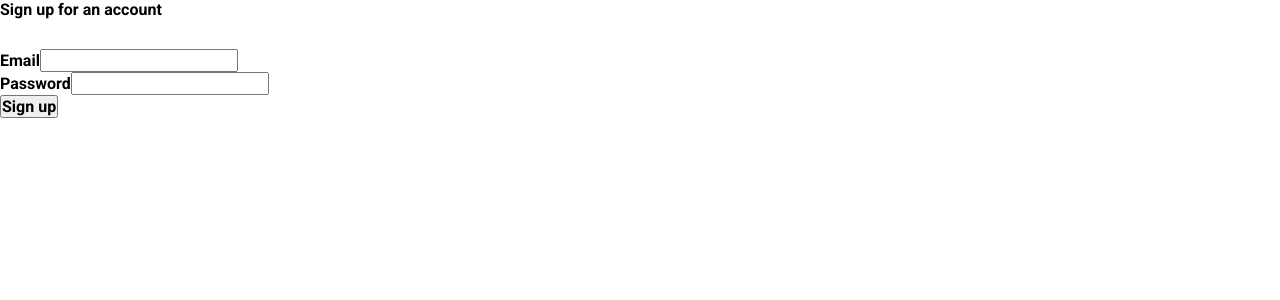
Repository: TimurZinatulin/Web_Shishki_1
Page: /register
The author's editor kept a copy of each file at every save. The page is drawn from the files as they stood at one save, then again after the next save.
The browser window is 1280 px wide. The pictures show the whole page.
The project was rebuilt for these pictures with package versions that can differ from the ones it lists, and the page was loaded fresh each time. Also part of the build but not shown: vite.config.js, vue.config.js, src/components/SignIn.vue, src/components/HelloWorld.vue, src/views/MainView.vue, src/views/HomeView.vue, src/views/EditView.vue, src/views/FavoriteView.vue and 4 more.

Above is the page before, as saved 2023-06-10 16:25:47.
Console error: TypeError: Cannot read properties of null (reading 'user')

### src/main.js
import { createApp } from 'vue'
//import './style.css'
import App from './App.vue'
import router from './router'
import store from './store.js'

createApp(App).use(store).use(router).mount('#app')

### src/App.vue
<template>
  <!-- Проверка доступности пользователя в хранилище; при недоступности - показываем компонент авторизации-->
  <RegisterView v-if="!store.state.user" />
  <!-- Если пользователь доступен, показываем компонент Hello World -->
  <EmptyLayout v-else msg="Hello Vue 3 + Vite" />
</template>

<script>
import Auth from './components/Auth.vue';
import HelloWorld from './components/HelloWorld.vue';
import HeaderComp from './components/HeaderComp.vue';
import EmptyLayout from './layouts/EmptyLayout.vue';
import MainLayout from './layouts/MainLayout.vue';
import ExtraLayout from './layouts/ExtraLayout.vue';
import RegisterView from './views/RegisterView.vue';

import store from "./store.js";
import { supabase } from "./supabase";

export default {
  computed: {
    layout() {
      return this.$route.meta.layout + '-layout';
    }
  },
  components: {
    HelloWorld, Auth, HeaderComp, EmptyLayout, MainLayout, ExtraLayout, RegisterView
  },
  setup() {
    // сначала проверяем, вошел ли пользователь в систему с помощью Supabase
    store.state.user = supabase.auth.user;
    // затем настраиваем слушатель для обновления хранилища, если меняется пользователь - выходит из системы или входит
    supabase.auth.onAuthStateChange((event, session) => {
      if (event == "SIGNED_OUT") {
        store.state.user = null;
      } else {
        store.state.user = session.user;
      }
    });

    return {
      store,
    };
  },
};
</script>

<style>
@import '@/templates/main_page.css';
</style>

### src/router/index.js
import { createRouter, createWebHistory } from 'vue-router'
import HomeView from '../views/HomeView.vue'
import MainView from '../views/MainView.vue'
import EditView from '../views/EditView.vue'
import FavoriteView from '../views/FavoriteView.vue'
import MyProjectsView from '../views/MyProjectsView.vue'
import LoginView from '../views/LoginView.vue'
import RegisterView from '../views/RegisterView.vue'
import CreateProjectView from '../views/CreateProjectView.vue'
import ProjectView from '../views/ProjectView.vue'


const routes = [
  {
    path: '/',
    name: 'home',
    component: HomeView
  },
  {
    path: '/main',
    name: 'main',
    meta: {layout: 'main'},
    component: MainView
  },
  {
    path: '/edit',
    name: 'edit',
    meta: {layout: 'extra'},
    component: EditView
  },
  {
    path: '/favs',
    name: 'favs',
    meta: {layout: 'extra'},
    component: FavoriteView
  },
  {
    path: '/my_projects',
    name: 'my',
    meta: {layout: 'extra'},
    component: MyProjectsView
  },
  {
    path: '/login',
    name: 'login',
    meta: {layout: 'empty'},
    component: LoginView
  },
  {
    path: '/register',
    name: 'register',
    meta: {layout: 'empty'},
    component: RegisterView
  },
  {
    path: '/create_project',
    name: 'create_project',
    meta: {layout: 'extra'},
    component: CreateProjectView
  },
  {
    path: '/project',
    name: 'project',
    meta: {layout: 'extra'},
    component: ProjectView
  },
  {
    path: '/profile',
    name: 'profile',
    meta: {layout: 'extra'},
    component: () => import('../views/ProfileView.vue')
  }
]

const router = createRouter({
  history: createWebHistory(import.meta.env.BASE_URL),
  routes
})

export default router

### src/store.js
import { reactive } from "vue";

const store = {
    state: reactive({
        user: {},
    }),
};

export default store

### src/templates/main_page.css
* {
  margin: 0 auto;
  padding: 0;
  box-sizing: border-box;
  font-size: 16px;
  font-family: 'Roboto', sans-serif;
  user-select: none;
}

#head-cont{
  max-width: 900px;
  width: 100%;
}

#article{
  width: 1500px;
  position: relative;
}

#header{
  width: 100%;
  height: 80px;
  margin: 0 auto;
  background-color: rgba(151, 71, 255, 1);
  margin-bottom: 15px;
  overflow: hidden;
}

.input{
  width: 500px;
  height: 50px;
  padding: 6px 0 4px 10px;
  border: none;
  background: rgba(206, 168, 255, 1);
  bottom: 20px;
  left: -255px;
  position: relative;
  font-size: 25px;
  padding-left: 25px;
  outline: none;
}

.input::-webkit-input-placeholder {
  color: white;
}

.input::-moz-placeholder {
  color: white;
}

.input1{
  box-sizing: border-box;
  display: flex;
  flex-direction: row;
  align-items: center;
  padding: 11px 10px;
  gap: 10px;
  width: 330px;
  height: 40px;
  border: 2px solid #3D008C;
  flex: none;
  order: 1;
  align-self: stretch;
  flex-grow: 0;
  position: relative;
  top: -20px;
  margin-bottom: 20px;
  outline: none;
}

#logo{
  position: relative;
  top: 5px;
}

#logo2{
  position: relative;
  width: 800px;
  height: 670px;
  left: 385px;
  bottom: 340px;
}

ul {
  list-style: none;
  margin: 0;
  padding-left: 0;
  position: relative;
  left: 710px;
  top: -55px;
}

a {
  text-decoration: none;
  color: white;
}

.link1 {
  display: flex;
  flex-direction: row;
  justify-content: center;
  align-items: center;
  padding: 10px;
  background: #9747FF;
  flex: none;
  order: 0;
  flex-grow: 0;
  left: -275px;
  top: 220px;
  font-family: 'Roboto';
  font-style: normal;
  font-weight: 400;
  font-size: 16px;
}

.link1:hover{
  animation: ch-color-2 0.5s forwards;
}

.link {
  background: none;
  border: 2px solid white;
  color: white;
  padding: 15px 25px;
  animation: ch-color-1 0.5s forwards;
}

.link:hover{
  animation: ch-color-2 0.5s forwards;
}

@keyframes ch-color-1 {
  from {
    background-color: white;
    color: rgba(151, 71, 255, 1);
  }
  to {
    background-color: rgba(151, 71, 255, 1);
    color: white;
  }
}

@keyframes ch-color-2 {
  from {
    background-color: rgba(151, 71, 255, 1);
    color: white;
  }
  to {
    background-color: white;
    color: rgba(151, 71, 255, 1);
  }
}

li {
  display: inline;
  margin-right: 60px;
}

#h1 {
  font-size: 90px;
  position: relative;
  top: 100px;
  left: -450px;
  color: rgba(61, 0, 140, 1);
  width: 500px;
}

p{
  position: relative;
  color: rgba(61, 0, 140, 1);
  left: -445px;
  top: 100px;
  font-size: 32px;
  font-family: 'Roboto';
  font-style: normal;
  font-weight: 500;
  line-height: 38px;
  width: 500px;
}

.btn{
  position: relative;
  bottom: 500px;
  left: 55px;
  background: linear-gradient(rgba(255, 104, 86, 1), rgba(151, 71, 255, 1));
  color: white;
  font-size: 32px;
  font-style: normal;
  font-weight: 700;
  border: 3px solid linear-gradient(rgba(255, 104, 86, 1), rgba(151, 71, 255, 1));
  width: 315px;
  height: 90px;
  padding: 26px 37px;
}

#h2{
  position: absolute;
  top: 740px;
  left: 510px;
  color: rgba(61, 0, 140, 1);
  font-size: 48px;
}

#projects{
  display: flex;
  flex-direction: column;
  justify-content: center;
  align-items: center;
  align-self: center;
  padding: 30px 90px;
  gap: 30px;
  position: relative;
  width: 1529px;
  height: 800px;
  background: linear-gradient(180deg, #3D008C 0%, #14002F 100%);
  flex: none;
  order: 3;
  flex-grow: 0;
  margin-top: -200px;
}

#content{
  display: flex;
  flex-direction: row;
  justify-content: center;
  align-items: center;
  padding: 30px 90px;
  gap: 90px;
  width: 1420px;
  height: 240px;
  flex: none;
  order: 0;
  flex-grow: 0;
}

.block{
  display: flex;
  flex-direction: column;
  align-items: center;
  padding: 10px;
  gap: 10px;
  position: absolute;
  width: 359px;
  height: 470px;
  background: linear-gradient(148.66deg, #FF6856 0%, #6F00FF 100%);
  border-radius: 30px;
  top: 70px;
}

.pic{
  position: relative;
  top: 20px;
  width: 340px;
  height: 310px;
  border-radius: 20px;
}

h3{
  color: white;
  font-size: 32px;
  position: relative;
  top: 10px;
}

.text{
  color: white;
  position: relative;
  top: 20px;
  text-align: center;
}

.like{
  display: flex;
  flex-direction: row;
  justify-content: center;
  align-items: center;
  padding: 10px 15px;
  gap: 10px;
  position: absolute;
  width: 117px;
  height: 38px;
  left: 20.5px;
  top: 100px;
  background: #FF6856;
  border-radius: 30px;
  color: white;
  overflow-y: hidden;
}

.pic2{
  width: 22px;
  height: 22px;
  transform: matrix(-1, 0, 0, 1, 0, 0);
  flex: none;
  order: 0;
  flex-grow: 0;
}

textarea{
  box-sizing: border-box;
  display: flex;
  width: 330px;
  height: 100px;
  gap: 10px;
  border: 2px solid #3D008C;
  flex: none;
  order: 1;
  flex-grow: 0;
  position: relative;
  top: 100px;
  resize: none;
}

#photo{
  width: 100px;
  height: 100px;
  border: 3px solid #3D008C;
  flex: none;
  order: 0;
  flex-grow: 0;
  border-radius: 100%;
  position: relative;
}

#photo1{
  width: 340px;
  height: 340px;
  border: 3px solid #9747FF;
  border-radius: 30px;
  flex: none;
  order: 0;
  flex-grow: 0;
}

#chphoto{
  display: flex;
  flex-direction: row;
  justify-content: center;
  align-items: center;
  padding: 10px 0px;
  gap: 26px;
  width: 331px;
  height: 120px;
  flex: none;
  order: 1;
  flex-grow: 0;
  position: relative;
  top: -535px;
}

#p{
  font-family: 'Roboto';
  font-style: normal;
  font-weight: 600;
  font-size: 14px;
  line-height: 16px;
  display: flex;
  align-items: center;
  color: #FFFFFF;
  position: relative;
  top: -50px;
  left: 135px;
}

#p1{
  font-family: 'Roboto';
  font-style: normal;
  font-weight: 600;
  font-size: 14px;
  line-height: 16px;
  display: flex;
  align-items: center;
  color: #FFFFFF;
  position: relative;
  top: -100px;
  left: 135px;
}

#p2{
  font-family: 'Roboto';
  font-style: normal;
  font-weight: 600;
  font-size: 16px;
  line-height: 19px;
  text-align: center;
  color: #FFFFFF;
  position: relative;
  top: 200px;
}

.btn2{
  padding: 20px 10px;
}

.btn2:hover{
  animation: ch-color-2 0.5s forwards;
}

### src/components/HeaderComp.vue
<template>
    <div id="header" class="wrapper">
        <div id="head-cont">
            <a style="position: relative; left: -280px;" href="http://localhost:8080/main"><img id="logo" src="../assets/ShishkiD.png" style="width: 70px; height: 70px;"></a>
            <input class="input" type="text" placeholder="Найти...">
            <ul style="left: 400px;">
                <li><router-link to="/favs" class="btn2">Избранное</router-link></li>
                <li><router-link to="/my_projects" class="btn2">Мои проекты</router-link></li>
                <li><router-link to="/edit" class="btn2">Редактировать профиль</router-link></li>
                <li><router-link to="/create_project" class="btn2">Новый проект</router-link></li>
            </ul>
        </div>
    </div>
</template>

<script>

</script>

<style>
@import url('https://fonts.googleapis.com/css2?family=Roboto:wght@700&display=swap');
</style>

### src/layouts/EmptyLayout.vue
<template>
    <!-- <div id="header" class="wrapper">
        <div id="head-cont">
            <a style="position: relative; left: -280px;" href="http://localhost:8080/main"><img id="logo" src="../assets/ShishkiD.png" style="width: 70px; height: 70px;"></a>
            <input class="input" type="text" placeholder="Найти...">
            <ul>
                <li><router-link to="/favs" class="btn2">Избранное</router-link></li>
                <li><router-link to="/create_project" class="btn2">Новый проект</router-link></li>
                <li><router-link to="/login" class="link">Войти</router-link></li>
            </ul>
        </div>
    </div> -->
    <HeaderComp />
    <RouterView />
</template>

<script>
import HeaderComp from '@/components/HeaderComp.vue'

export default {
    components: {
        HeaderComp
    }
}
</script>

<style>
@import '@/templates/login.css';
@import '@/templates/main_page.css';
@import '@/templates/reg.css';
</style>

### src/layouts/MainLayout.vue
<template>
    <div id="app1">
        <HeaderComp />
        <div id="article">
            <h1 id="h1">Digital<br>
            portfolio</h1><br>
            <p>Уникальный сервис для<br>размещения своих проектов и<br>наработок</p><br>
            <a href="http://localhost:8080/create_project" class="btn">Создать проект</a>
            <img id="logo2" src="../assets/chelik.png">
            <h2 id="h2">Популярные проекты</h2>
        </div>
        <div id="projects" style="left: -10px;">
        </div>
    </div>

</template>

<script>
import HeaderComp from '@/components/HeaderComp.vue'
import MainView from '@/views/MainView.vue'

export default {
    components: {
        HeaderComp, MainView
    }
}
</script>

<style>
@import '@/templates/login.css';
@import '@/templates/main_page.css';
@import '@/templates/reg.css';
</style>

### src/layouts/ExtraLayout.vue
<template>
    <HeaderComp />
</template>

<script>
import HeaderComp from '@/components/HeaderComp.vue'

export default {
    components: {
        HeaderComp,
    }
}
</script>

<style>
@import '@/templates/login.css';
@import '@/templates/main_page.css';
@import '@/templates/reg.css';
</style>

### src/views/RegisterView.vue
<template>
    <div>
        <h2>Sign up for an account</h2>
        <form @submit.prevent="handleSignup">
            <div>
                <label for="email">Email</label>
                <input id="email" type="email" v-model="email" />
            </div>
            <div>
                <label for="password">Password</label>
                <input id="password" type="password" v-model="password" />
            </div>
            <div>
                <button type="submit">Sign up</button>
            </div>
        </form>
    </div>
</template>

<script>
import { ref } from "vue";
import { supabase } from "../supabase";

export default {
    setup() {
        const email = ref("");
        const password = ref("");

        const handleSignup = async () => {
            try {
                // Задействуем предоставленный Supabase метод для обработки регистрации
                const { error } = await supabase.auth.signUp({
                    email: email.value,
                    password: password.value,
                });
                if (error) throw error;
            } catch (error) {
                alert(error.error_description || error.message);
            }
        };

        return {
            email,
            password,
            handleSignup,
        };
    },
};
</script>

### src/templates/login.css
#log_card{
    box-sizing: border-box;
    display: flex;
    flex-direction: column;
    justify-content: space-between;
    align-items: center;
    padding: 50px 10px;
    gap: 50px;
    width: 400px;
    height: 500px;
    border: 2px solid #9747FF;
    flex: none;
    order: 1;
    flex-grow: 0;
    position: relative;
    top: 60px;
}

#log_name{
    width: 315px;
    height: 49px;
    font-family: 'Roboto';
    font-style: normal;
    font-weight: 600;
    font-size: 36px;
    line-height: 42px;
    text-align: center;
    color: #3D008C;
    flex: none;
    order: 0;
    flex-grow: 0;
}

#log_btn{
    display: flex;
    flex-direction: row;
    justify-content: center;
    align-items: center;
    padding: 10px;
    width: 88px;
    height: 58px;
    background: #9747FF;
    flex: none;
    order: 0;
    flex-grow: 0;
    border: none;
    color: white;
    position: relative;
    bottom: 50px;
    border: 2px solid #9747FF;
    animation: ch-color-1 0.5s forwards;
    font-size: 24px;
}

#log_btn:hover{
    animation: ch-color-2 0.5s forwards;
}

@keyframes ch-color-1 {
    from {
      background-color: white;
      color: #9747FF;
    }
    to {
      background-color: #9747FF;
      color: white;
    }
  }

  @keyframes ch-color-2 {
    from {
      background-color: #9747FF;
      color: white;
    }
    to {
      background-color: white;
      color: #9747FF;
    }
  }

#reg_btn{
    width: 136px;
    height: 16px;
    font-family: 'Roboto';
    font-style: normal;
    font-weight: 400;
    font-size: 14px;
    line-height: 16px;
    display: flex;
    align-items: center;
    text-align: center;
    color: #9747FF;
    flex: none;
    order: 0;
    flex-grow: 0;
    position: relative;
    left: 10px;
    top: -40px;
}

.p{
    width: 40px;
    height: 16px;
    font-family: 'Roboto';
    font-style: normal;
    font-weight: 600;
    font-size: 14px;
    line-height: 16px;
    display: flex;
    align-items: center;
    color: #3D008C;
    flex: none;
    order: 0;
    flex-grow: 0;
    position: relative;
    top: -70px;
    left: -145px;
    margin-bottom: 5px;
}

### src/templates/reg.css
form{
    position: relative;
    top: 30px;
}

### src/components/Auth.vue
<template>
    <div>
        <sign-up v-if="isSignUp" />
        <sign-in v-else />
        <button @click="isSignUp = !isSignUp">
            {{
                isSignUp
                ? "Already have an account? Sign In"
                : "Don't have an account yet? Sign Up"
            }}
        </button>
    </div>
</template>

<script>
import { ref } from "vue";
import SignUp from "./SignUp.vue";
import SignIn from "./SignIn.vue";

export default {
    components: { SignUp, SignIn },
    setup() {
        const isSignUp = ref(true);
        return {
            isSignUp,
        };
    },
};
</script>

<style scoped>
</style>

### src/components/SignUp.vue
<template>
    <div>
        <h2>Sign up for an account</h2>
        <form @submit.prevent="handleSignup">
            <div>
                <label for="email">Email</label>
                <input id="email" type="email" v-model="email" />
            </div>
            <div>
                <label for="password">Password</label>
                <input id="password" type="password" v-model="password" />
            </div>
            <div>
                <button type="submit">Sign up</button>
            </div>
        </form>
    </div>
</template>

<script>
import { ref } from "vue";
import { supabase } from "../supabase";

export default {
    setup() {
        const email = ref("");
        const password = ref("");

        const handleSignup = async () => {
            try {
                // Задействуем предоставленный Supabase метод для обработки регистрации
                const { error } = await supabase.auth.signUp({
                    email: email.value,
                    password: password.value,
                });
                if (error) throw error;
            } catch (error) {
                alert(error.error_description || error.message);
            }
        };

        return {
            email,
            password,
            handleSignup,
        };
    },
};
</script>

Loaded but not shown: index.html (common file); src/supabase.js (common file)

After the next save:
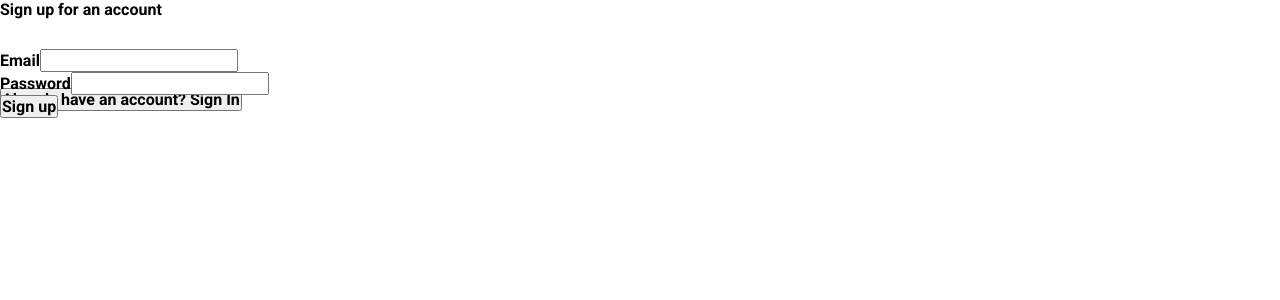
Saved 3 min 49 s later.
--- a/src/App.vue
+++ b/src/App.vue
@@ -1,6 +1,6 @@
 <template>
   <!-- Проверка доступности пользователя в хранилище; при недоступности - показываем компонент авторизации-->
-  <RegisterView v-if="!store.state.user" />
+  <Auth v-if="!store.state.user" />
   <!-- Если пользователь доступен, показываем компонент Hello World -->
   <EmptyLayout v-else msg="Hello Vue 3 + Vite" />
 </template>
